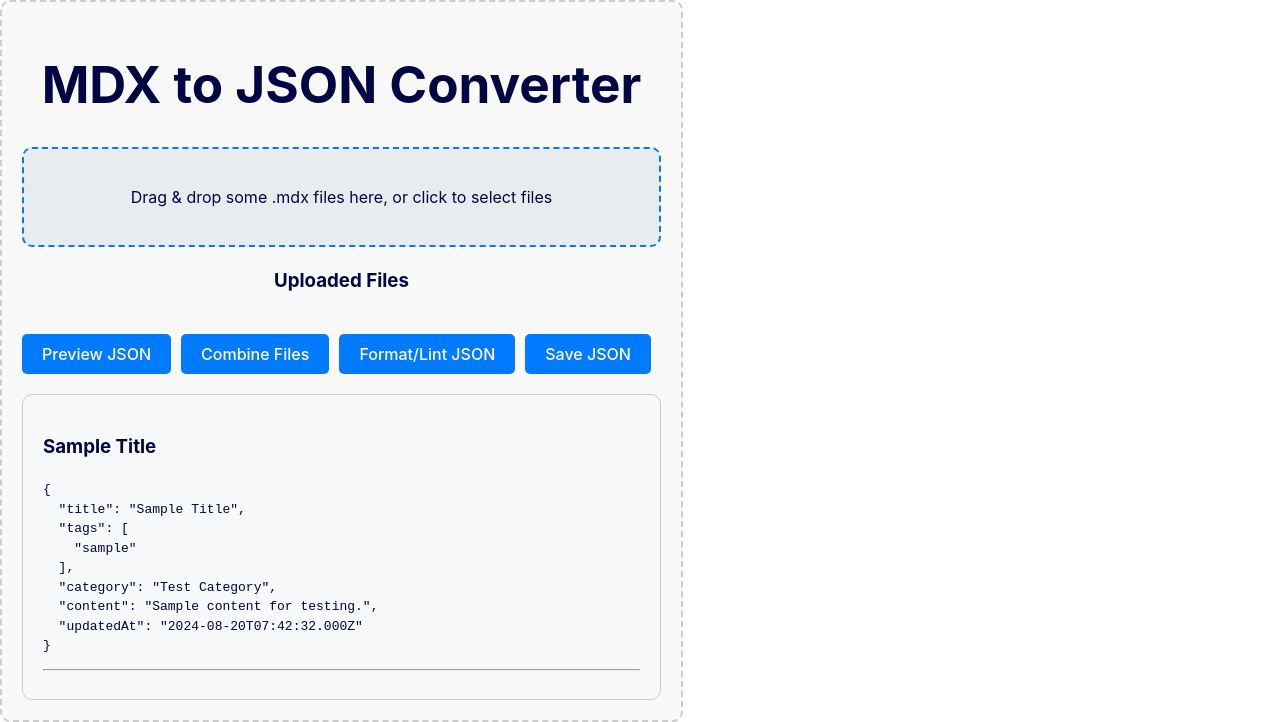
Repository: LayerDynamics/mdx-to-json
Page: /
These files come from the project's save history. The page is drawn as it stood at one moment and after the next save; the edit follows.
The browser window is 1280 px wide. The pictures show the whole page.
The project was rebuilt for these pictures with package versions that can differ from the ones it lists, and the page was loaded fresh each time. Also part of the build but not shown: vite.config.ts.

Above is the page before, as saved 2024-08-20 08:23:37.

### src/App.tsx
import React, { useState, useCallback, useEffect } from 'react';
import { useDropzone } from 'react-dropzone';
import { parseMDX, createKnowledgeBaseEntry } from './utils/mdxUtils';
import { Container, Button, DropzoneArea, PreviewContainer } from './styles';
import FileList from './components/FileList';
import FormatButton from './components/FormatButton';

interface KnowledgeBaseEntry {
    title: string;
    tags: string[];
    category: string;
    content: string;
    updatedAt: string;
}

const App: React.FC = () => {
    const [mdxFiles, setMdxFiles] = useState<File[]>([]);
    const [jsonEntries, setJsonEntries] = useState<KnowledgeBaseEntry[]>([]);
    const [combinedJson, setCombinedJson] = useState<KnowledgeBaseEntry | null>(null);

    const onDrop = useCallback((acceptedFiles: File[]) => {
        setMdxFiles([...mdxFiles, ...acceptedFiles]);
    }, [mdxFiles]);

    const { getRootProps, getInputProps } = useDropzone({ onDrop, accept: '.mdx' });

    const handlePreview = async () => {
        const entries: KnowledgeBaseEntry[] = [];

        for (const file of mdxFiles) {
            const content = await file.text();
            const parsed = await parseMDX(content);
            const entry = createKnowledgeBaseEntry(parsed.metadata, parsed.content);
            entries.push(entry);
        }

        console.log('Preview JSON entries:', entries);  // Debugging line

        setJsonEntries(entries);
    };

    const handleCombine = () => {
        console.log('JSON entries before combine:', jsonEntries);  // Debugging line

        const combined = jsonEntries.reduce(
            (acc, curr) => ({
                ...acc,
                title: acc.title + ' & ' + curr.title,
                tags: [...new Set([...acc.tags, ...curr.tags])],
                category: acc.category + ' & ' + curr.category,
                content: acc.content + '\n' + curr.content,
                updatedAt: new Date().toISOString(),
            }),
            { title: '', tags: [], category: '', content: '', updatedAt: '' }
        );

        console.log('Combined JSON:', combined);  // Debugging line

        setCombinedJson(combined);
    };

    const handleSave = () => {
        console.log('Saving JSON:', combinedJson || jsonEntries);  // Debugging line

        const blob = new Blob([JSON.stringify(combinedJson || jsonEntries, null, 2)], { type: 'application/json' });
        const url = URL.createObjectURL(blob);
        const link = document.createElement('a');
        link.href = url;
        link.download = 'knowledge_base.json';
        link.click();
        URL.revokeObjectURL(url);
    };

    const handleDeleteFile = (index: number) => {
        const newFiles = [...mdxFiles];
        newFiles.splice(index, 1);
        setMdxFiles(newFiles);
    };

    const handleFormat = (formattedEntries: KnowledgeBaseEntry[]) => {
        setJsonEntries(formattedEntries);
    };

    // Temporary test data
    useEffect(() => {
        setJsonEntries([{
            title: 'Sample Title',
            tags: ['sample'],
            category: 'Test Category',
            content: 'Sample content for testing.',
            updatedAt: new Date().toISOString(),
        }]);
    }, []);

    return (
        <Container>
            <h1>MDX to JSON Converter</h1>
            <DropzoneArea {...getRootProps()}>
                <input {...getInputProps()} />
                <p>Drag & drop some .mdx files here, or click to select files</p>
            </DropzoneArea>

            <FileList files={mdxFiles} onDelete={handleDeleteFile} />

            <Button onClick={handlePreview}>Preview JSON</Button>
            <Button onClick={handleCombine}>Combine Files</Button>
            <FormatButton jsonEntries={jsonEntries} onFormat={handleFormat} />
            <Button onClick={handleSave}>Save JSON</Button>

            <PreviewContainer>
                {combinedJson
                    ? JSON.stringify(combinedJson, null, 2)
                    : jsonEntries.map((entry, index) => (
                          <div key={index}>
                              <h3>{entry.title}</h3>
                              <pre>{JSON.stringify(entry, null, 2)}</pre>
                              <hr />
                          </div>
                      ))}
            </PreviewContainer>
        </Container>
    );
};

export default App;

### src/utils/mdxUtils.ts
// src/utils/mdxUtils.ts
import { unified } from 'unified';
import rehypeParse from 'rehype-parse';
import rehypeRemark from 'rehype-remark';
import remarkParse from 'remark-parse';
import remarkStringify from 'remark-stringify';
import { compile } from '@mdx-js/mdx';
import matter from 'gray-matter';
import { Buffer } from 'buffer';

globalThis.Buffer = Buffer;

export async function parseMDX(mdxContent: string) {
    const { content, data } = matter(mdxContent);

    const jsx = await compile(content);
    return { content: String(jsx), metadata: data };
}

export function convertToPlainText(jsxContent: string) {
    return unified()
        .use(rehypeParse, { fragment: true })
        .use(rehypeRemark)
        .use(remarkParse)
        .use(remarkStringify)
        .processSync(jsxContent).toString();
}

export function createKnowledgeBaseEntry(metadata: any, content: string) {
    return {
        title: metadata.title || 'Untitled',
        tags: metadata.tags || [],
        category: metadata.category || 'General',
        content: convertToPlainText(content),
        updatedAt: metadata.date || new Date().toISOString(),
    };
}

### src/styles.ts
// src/styles.ts
import styled from 'styled-components';

export const Container = styled.div`
    max-width: 800px;
    margin: 0 auto;
    padding: 20px;
    text-align: center;
    border: 2px dashed #ccc;
    border-radius: 10px;
    background-color: #f9f9f9;
    color: #000543;
    position: relative;
    z-index: 1;
`;

export const Button = styled.button`
    padding: 10px 20px;
    margin-top: 20px;
    margin-right: 10px;
    background-color: #007bff;
    color: white;
    border: none;
    border-radius: 5px;
    cursor: pointer;
    z-index: 10;
    position: relative;

    &:hover {
        background-color: #0056b3;
    }

    &:disabled {
        background-color: #6c757d;
        cursor: not-allowed;
    }
`;

export const DropzoneArea = styled.div`
    padding: 20px;
    border: 2px dashed #007bff;
    border-radius: 10px;
    background-color: #e9ecef;
    margin-bottom: 20px;
    cursor: pointer;
    position: relative;
    z-index: 2;

    &:hover {
        background-color: #dee2e6;
    }
`;


export const PreviewContainer = styled.div`
    margin-top: 20px;
    text-align: left;
    white-space: pre-wrap;
    background-color: #f8f9fa;
    padding: 20px;
    border-radius: 10px;
    border: 1px solid #ccc;
    position: relative;
    z-index: 5;
`;

### src/components/FileList.tsx
// src/components/FileList.tsx
import React from 'react';

interface FileListProps {
    files: File[];
    onDelete: (index: number) => void;
}

const FileList: React.FC<FileListProps> = ({ files, onDelete }) => {
    return (
        <div>
            <h3>Uploaded Files</h3>
            <ul>
                {files.map((file, index) => (
                    <li key={index}>
                        {file.name}
                        <button onClick={() => onDelete(index)}>Delete</button>
                    </li>
                ))}
            </ul>
        </div>
    );
};

export default FileList;

### src/components/FormatButton.tsx
// src/components/FormatButton.tsx
import React from 'react';
import { Button } from '../styles';

interface FormatButtonProps {
    jsonEntries: any;
    onFormat: (formattedEntries: any) => void;
}

const FormatButton: React.FC<FormatButtonProps> = ({ jsonEntries, onFormat }) => {
    const handleFormat = () => {
        const formatted = jsonEntries.map((entry: any) =>
            JSON.parse(JSON.stringify(entry, null, 2))
        );
        onFormat(formatted);
    };

    return (
        <Button onClick={handleFormat} disabled={!jsonEntries.length}>
            Format/Lint JSON
        </Button>
    );
};

export default FormatButton;

Loaded but not shown: index.html (common file); src/main.tsx (common file); src/index.css (common file)

After the next save:
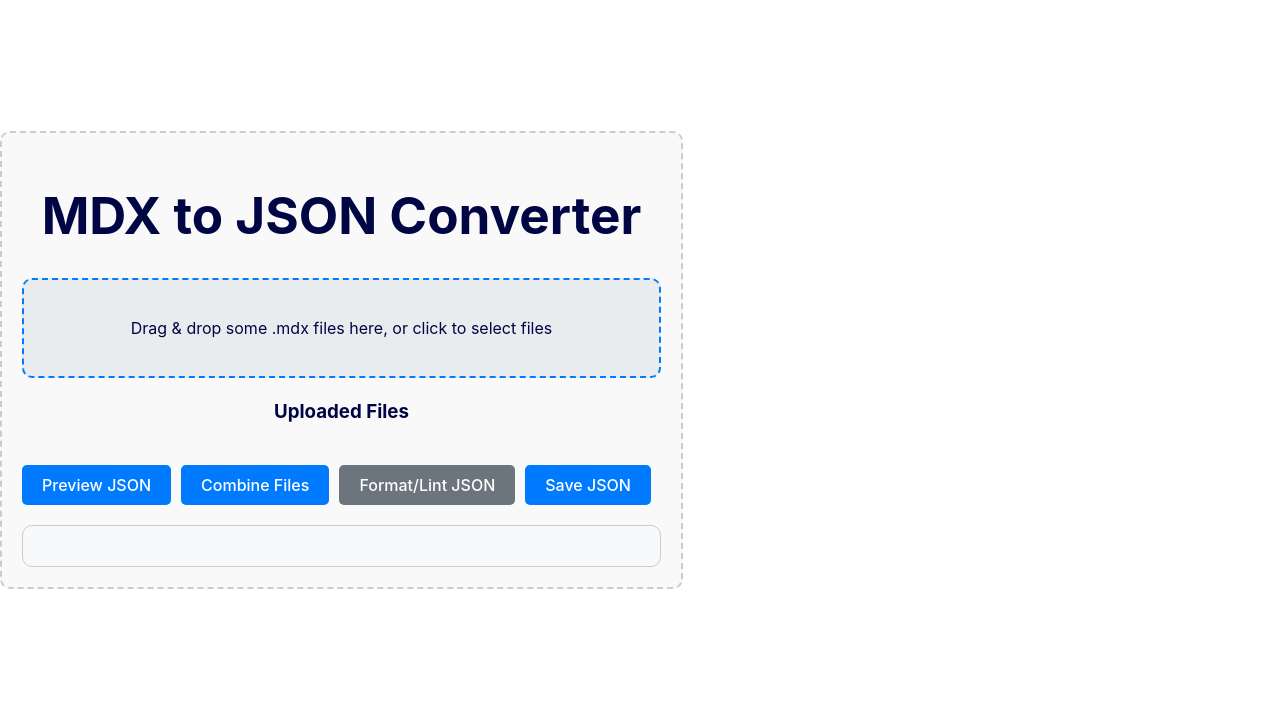
Saved 6 min 43 s later.
--- a/src/App.tsx
+++ b/src/App.tsx
@@ -7,16 +7,19 @@ import FormatButton from './components/FormatButton';
 
 interface KnowledgeBaseEntry {
     title: string;
+    content: string;
     tags: string[];
     category: string;
-    content: string;
-    updatedAt: string;
+    metadata: {
+        created_at: string;
+        author: string;
+    };
 }
 
 const App: React.FC = () => {
     const [mdxFiles, setMdxFiles] = useState<File[]>([]);
     const [jsonEntries, setJsonEntries] = useState<KnowledgeBaseEntry[]>([]);
-    const [combinedJson, setCombinedJson] = useState<KnowledgeBaseEntry | null>(null);
+    const [combinedJson, setCombinedJson] = useState<KnowledgeBaseEntry[] | null>(null);
 
     const onDrop = useCallback((acceptedFiles: File[]) => {
         setMdxFiles([...mdxFiles, ...acceptedFiles]);
@@ -42,17 +45,16 @@ const App: React.FC = () => {
     const handleCombine = () => {
         console.log('JSON entries before combine:', jsonEntries);  // Debugging line
 
-        const combined = jsonEntries.reduce(
-            (acc, curr) => ({
-                ...acc,
-                title: acc.title + ' & ' + curr.title,
-                tags: [...new Set([...acc.tags, ...curr.tags])],
-                category: acc.category + ' & ' + curr.category,
-                content: acc.content + '\n' + curr.content,
-                updatedAt: new Date().toISOString(),
-            }),
-            { title: '', tags: [], category: '', content: '', updatedAt: '' }
-        );
+        const combined = jsonEntries.map(entry => ({
+            title: entry.title,
+            content: entry.content,
+            tags: entry.tags,
+            category: entry.category,
+            metadata: {
+                created_at: entry.metadata.created_at,
+                author: entry.metadata.author,
+            },
+        }));
 
         console.log('Combined JSON:', combined);  // Debugging line
 
@@ -62,7 +64,9 @@ const App: React.FC = () => {
     const handleSave = () => {
         console.log('Saving JSON:', combinedJson || jsonEntries);  // Debugging line
 
-        const blob = new Blob([JSON.stringify(combinedJson || jsonEntries, null, 2)], { type: 'application/json' });
+        const jsonToSave = combinedJson || jsonEntries;
+
+        const blob = new Blob([JSON.stringify(jsonToSave, null, 2)], { type: 'application/json' });
         const url = URL.createObjectURL(blob);
         const link = document.createElement('a');
         link.href = url;
@@ -80,17 +84,6 @@ const App: React.FC = () => {
     const handleFormat = (formattedEntries: KnowledgeBaseEntry[]) => {
         setJsonEntries(formattedEntries);
     };
-
-    // Temporary test data
-    useEffect(() => {
-        setJsonEntries([{
-            title: 'Sample Title',
-            tags: ['sample'],
-            category: 'Test Category',
-            content: 'Sample content for testing.',
-            updatedAt: new Date().toISOString(),
-        }]);
-    }, []);
 
     return (
         <Container>
